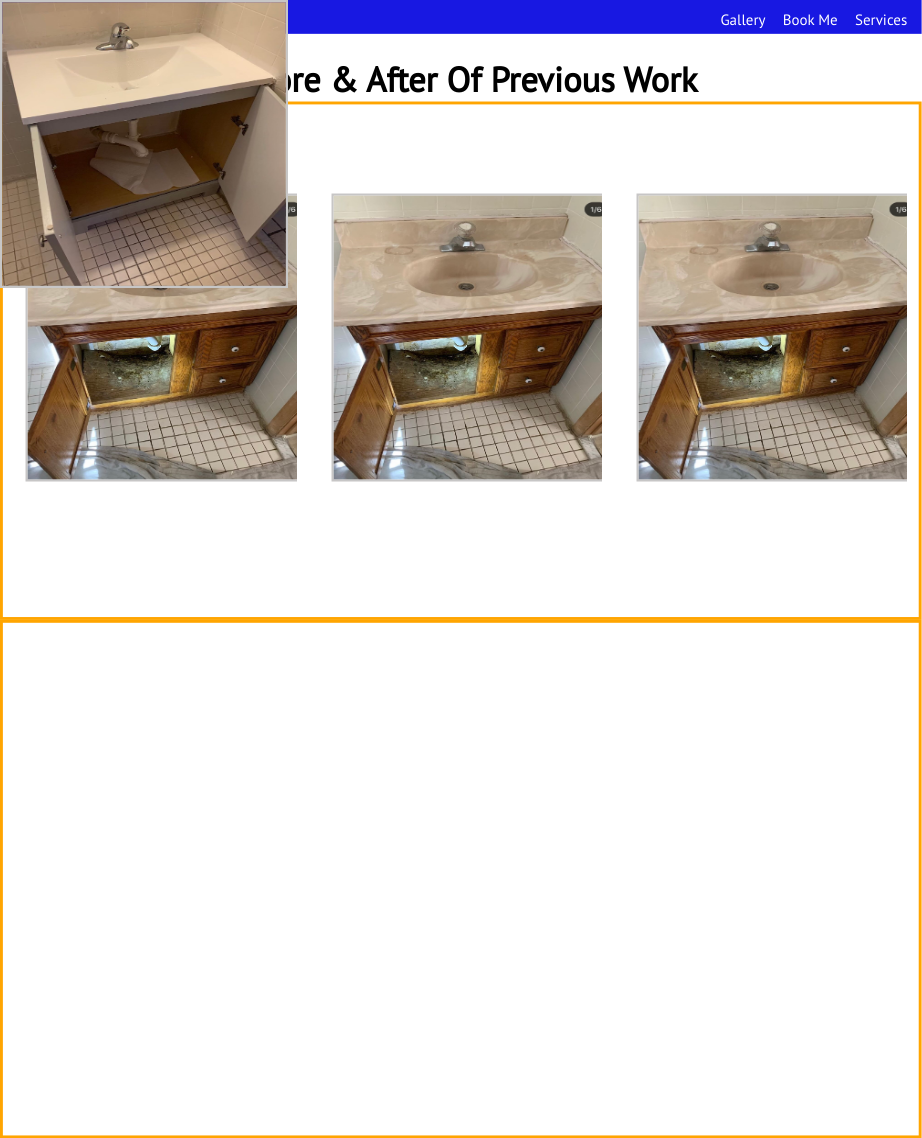
Repository: DrummerDee/mir-miami
Page: /Gallery (app in mr-miami/)
These files come from the project's save history. The page is drawn as it stood at one moment and after the next save; the edit follows.
The browser window is 1280 px wide. The pictures show the whole page, at 72% of full size.
The project was rebuilt for these pictures with package versions that can differ from the ones it lists, and the page was loaded fresh each time. Also part of the build but not shown: mr-miami/src/Styles/Services.css, mr-miami/src/Components/Services.js, mr-miami/src/Components/Homepage.js, mr-miami/src/Styles/Calendar.css, mr-miami/src/Styles/Times.css, mr-miami/src/Components/Times.js, mr-miami/src/Components/Time.js, mr-miami/src/Components/BookMe.js.

Above is the page before, as saved 2022-09-09 13:40:45.

After the next save:
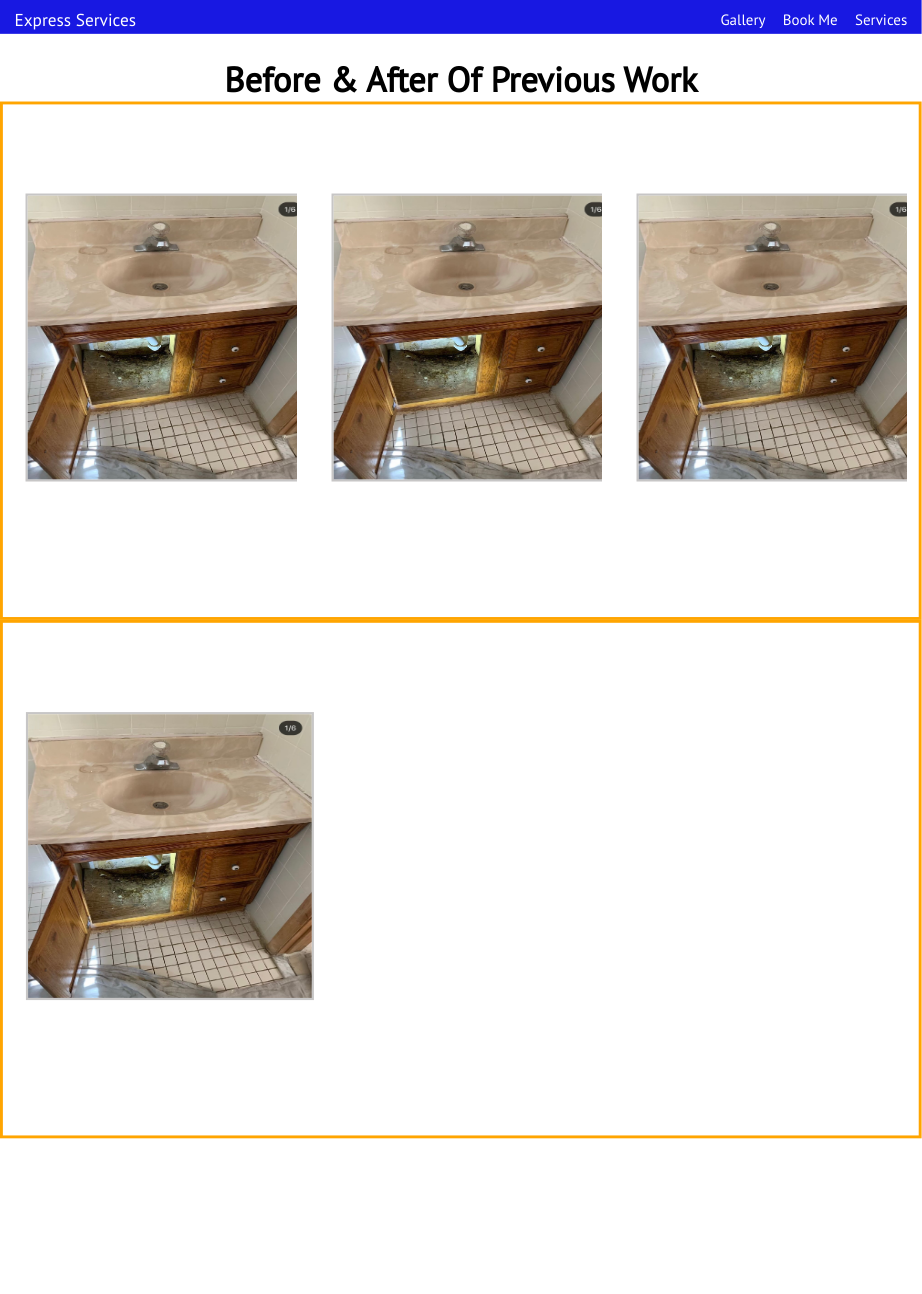
Saved 16 s later.
--- a/mr-miami/src/Styles/App.css
+++ b/mr-miami/src/Styles/App.css
@@ -44,7 +44,6 @@
 }
 .bottom{
   position:absolute;
-  top: 0;
   opacity: 0;
   left: 0;
 }

After the save that followed:
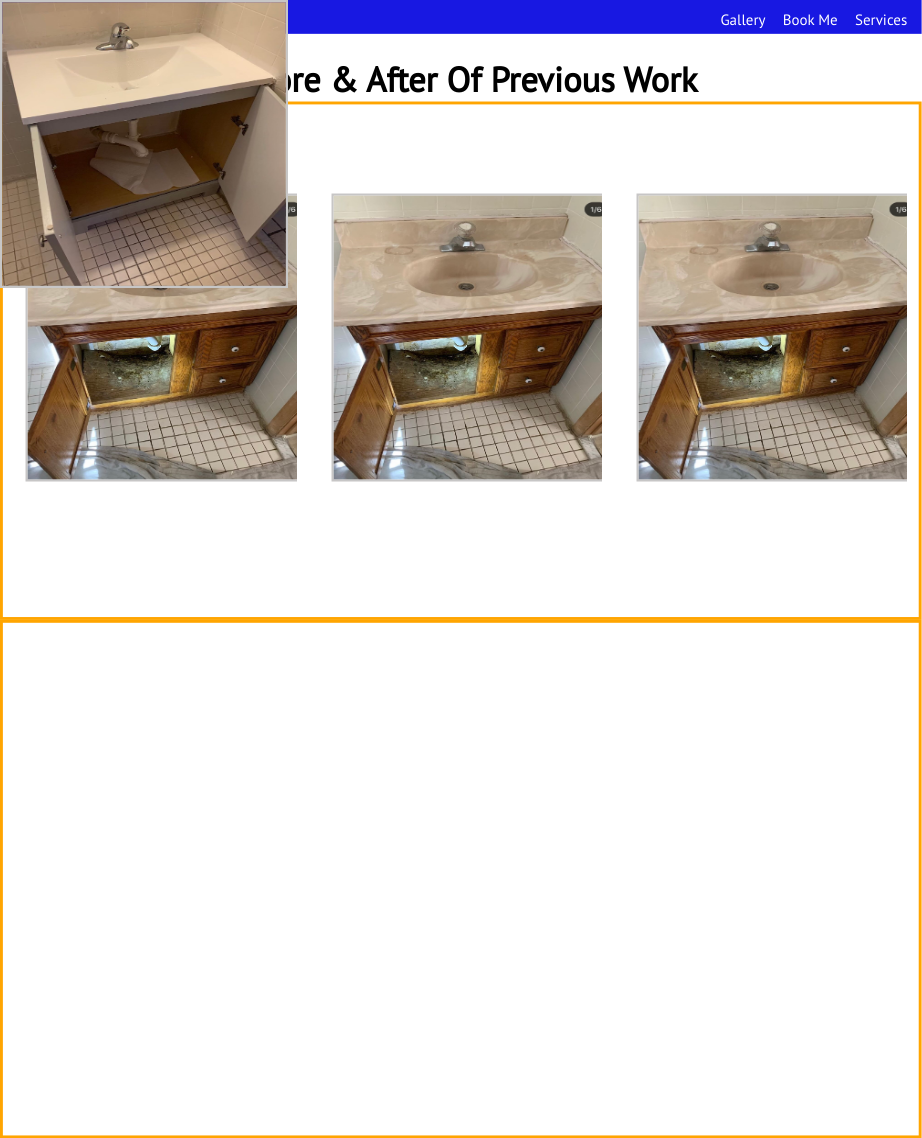
Saved 19 s later.
--- a/mr-miami/src/Styles/App.css
+++ b/mr-miami/src/Styles/App.css
@@ -44,6 +44,7 @@
 }
 .bottom{
   position:absolute;
+  top: 0;
   opacity: 0;
   left: 0;
 }
